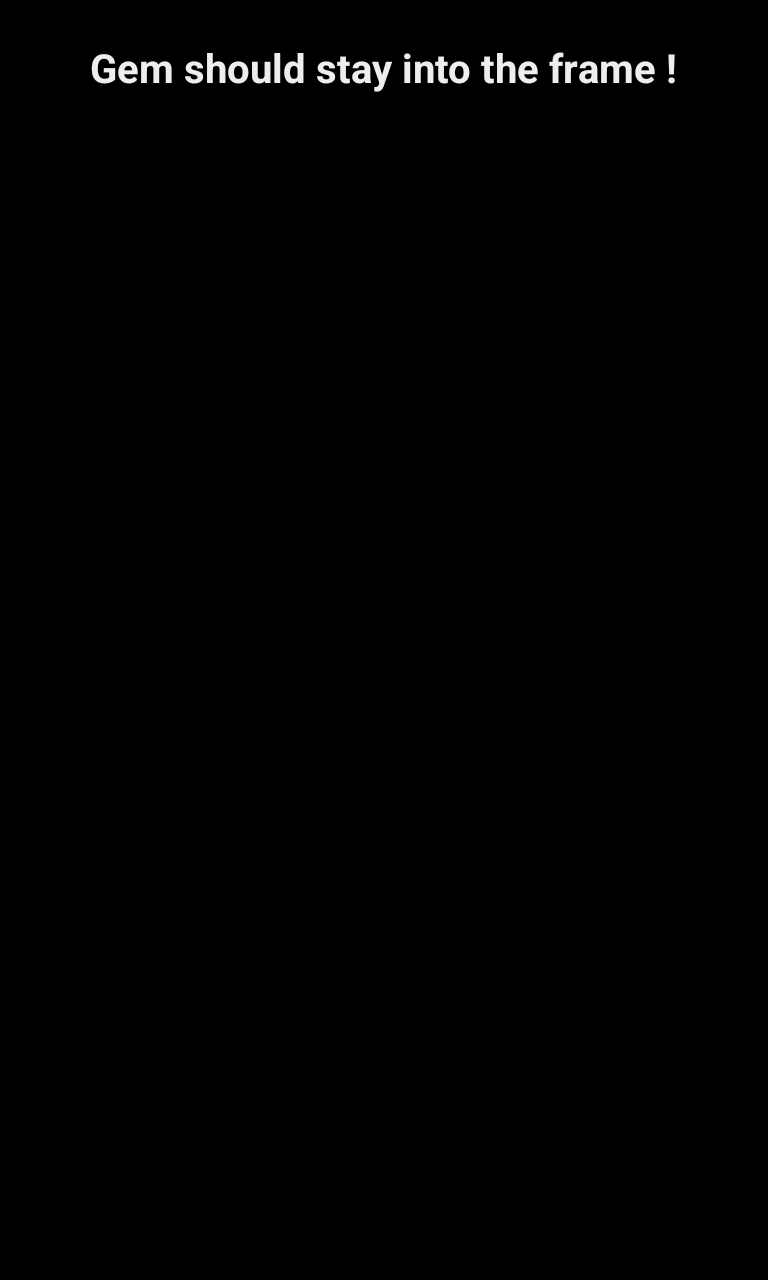
Repository: jellydiamonds/Proto
Layout: Android/CameraSafePreview/res/layout/consigne.xml
An editor plug-in stored every save of this project. The layout is shown before and after the next save, followed by the edit.
It is drawn on a 768 x 1280 px phone screen (xhdpi) without system bars, with theme android:Theme.Black.NoTitleBar.Fullscreen; the app's code is not run.

Above is the layout before, as saved 2014-04-03 15:48:44.

### Android/CameraSafePreview/res/layout/consigne.xml
<?xml version="1.0" encoding="utf-8"?>
<LinearLayout xmlns:android="http://schemas.android.com/apk/res/android"
    android:layout_width="match_parent"
    android:layout_height="match_parent"
    android:orientation="horizontal"
    android:gravity="center_horizontal"
    android:paddingTop="20dp" >

    <TextView
        android:layout_width="wrap_content"
        android:layout_height="wrap_content"
        android:textColor="#eeeeee"
        android:textStyle="bold"
        android:textSize="20sp"
        android:text="@string/consigne_picture"	/>

</LinearLayout>

### Android/CameraSafePreview/res/values/strings.xml
<?xml version="1.0" encoding="utf-8"?>
<resources>

    <string name="app_name">CameraSafePreview</string>
    <string name="action_settings">Settings</string>
    <string name="hello_world">Hello world!</string>
    <string name="snap_button">SNAP</string>
    <string name="consigne_picture">Gem should stay into the frame !</string>

</resources>

After the next save:
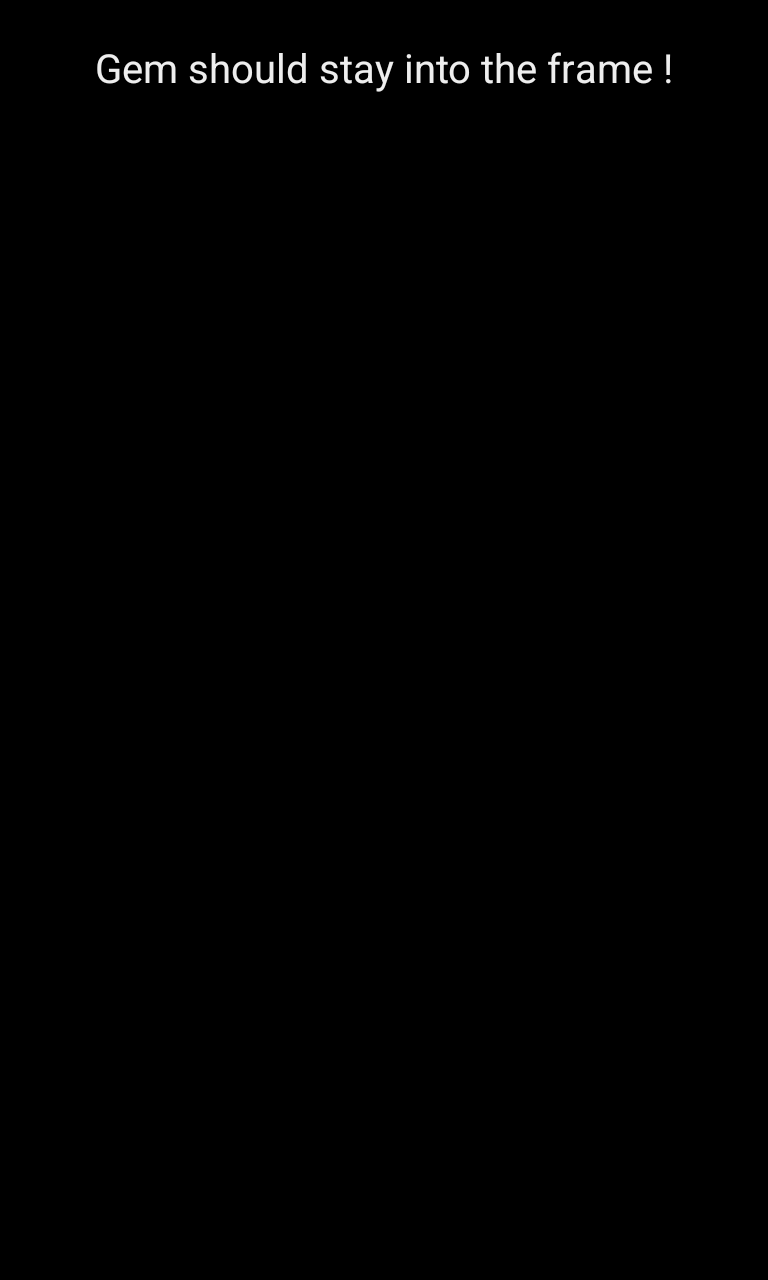
Saved 19 s later.
--- a/Android/CameraSafePreview/res/layout/consigne.xml
+++ b/Android/CameraSafePreview/res/layout/consigne.xml
@@ -10,7 +10,6 @@
         android:layout_width="wrap_content"
         android:layout_height="wrap_content"
         android:textColor="#eeeeee"
-        android:textStyle="bold"
         android:textSize="20sp"
         android:text="@string/consigne_picture"	/>
 
